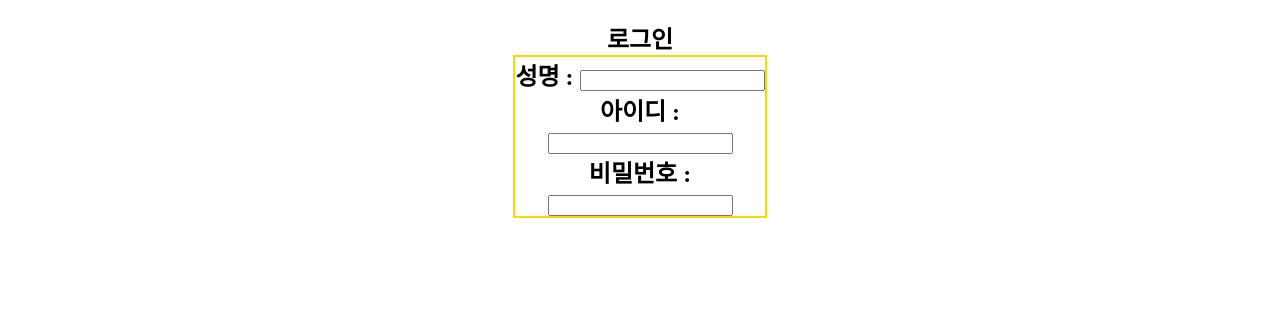
Repository: JaySurplusYoon/JSP_Servlet
Page: jsp01/WebContent/Human_info.html
The author's editor kept a copy of each file at every save. The page is drawn from the files as they stood at one save, then again after the next save.
The browser window is 1280 px wide. The pictures show the whole page.

Above is the page before, as saved 2017-08-10 14:53:54.

After the next save:
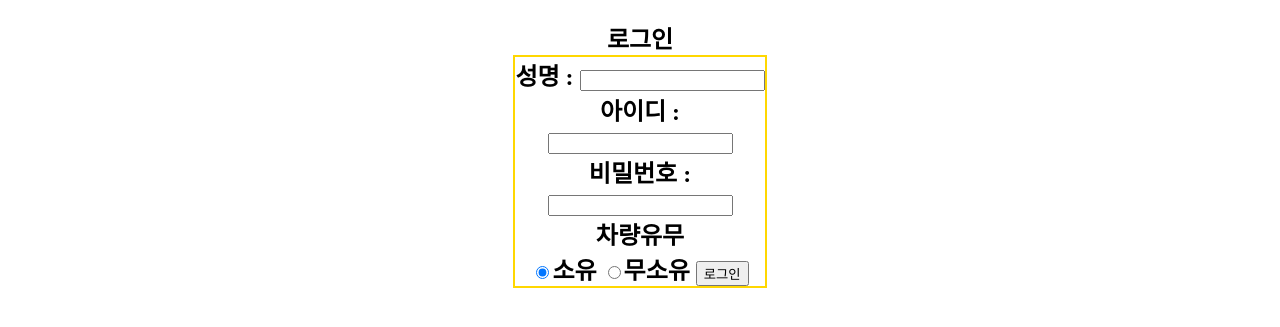
Saved 2 min 14 s later.
--- a/jsp01/WebContent/Human_info.html
+++ b/jsp01/WebContent/Human_info.html
@@ -26,8 +26,9 @@
 			<input type= "text" name= "id" id="id"> <br>
 		<label id = "password">비밀번호 :</label>
 			<input type = "password" name="pw" id="pw"><br>
-		<label
-
+		<label id = "car">차량유무</label><br>
+			<input type="radio" name="car" value="소유" checked="checked">소유
+			<input type="radio" name="car" value="무소유">무소유
 		<input type="submit" value="로그인">
 		</form>
 	</section>
